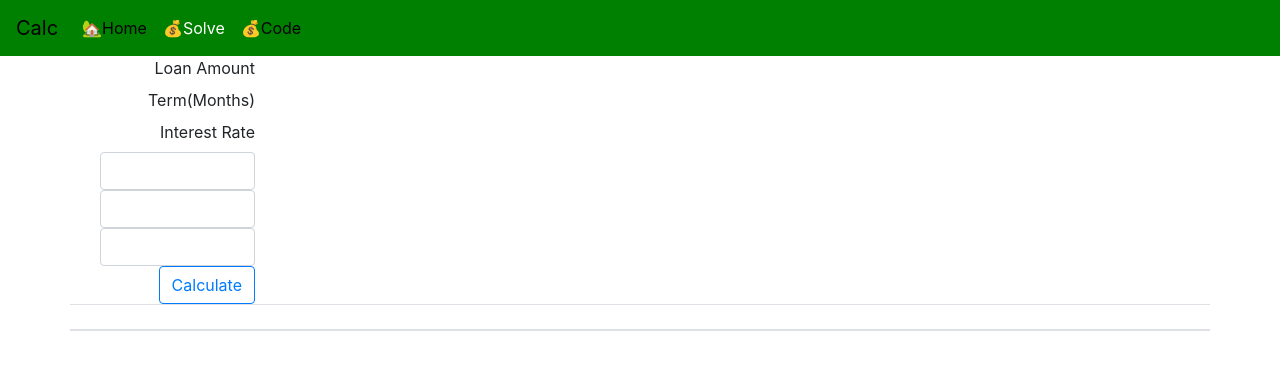
Repository: zhadjah9559/MortgageManager
Page: solve.html
These files come from the project's save history. The page is drawn as it stood at one moment and after a run of saves; the edit follows.
The browser window is 1280 px wide. The pictures show the whole page.

Above is the page before, as saved 2021-01-15 16:49:25.

After the next 5 saves:
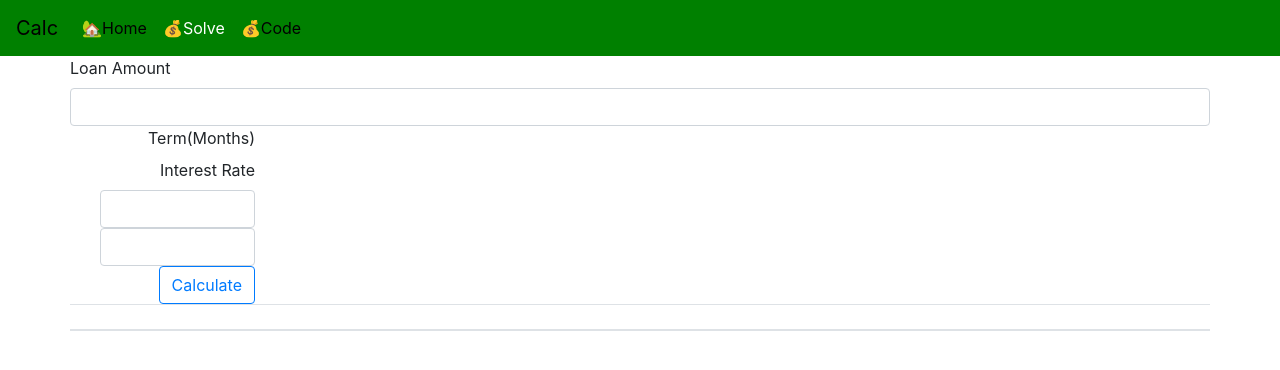
The 5 saves are shown as one change because they came seconds apart.
The last was saved 13 s later.
--- a/solve.html
+++ b/solve.html
@@ -35,19 +35,18 @@
     <div class="container">
         <!--Input column-->
         <div class="row">
-
+            <label for="Loan Amount">Loan Amount</label>
+            <input type="number" class="form-control" id="loanAmount">
 
         </div>
                 <!--Label Columns-->
                 <div class="col-2 text-right">
-                    <label for="Loan Amount">Loan Amount</label>
                     <label for="Term">Term(Months)</label>
                     <label for="Interest Rate">Interest Rate</label>
                 </div>
 
                 <!--Label Inputs-->
                 <div class="col-2 text-right">
-                    <input type="number" class="form-control" id="loanAmount">
                     <input type="number" class="form-control" id="months">
                     <input type="number" class="form-control" id="interestRate">
                     <button class="btn btn-outline-primary" type="submit" onclick="calculateLoan()">Calculate</button>
